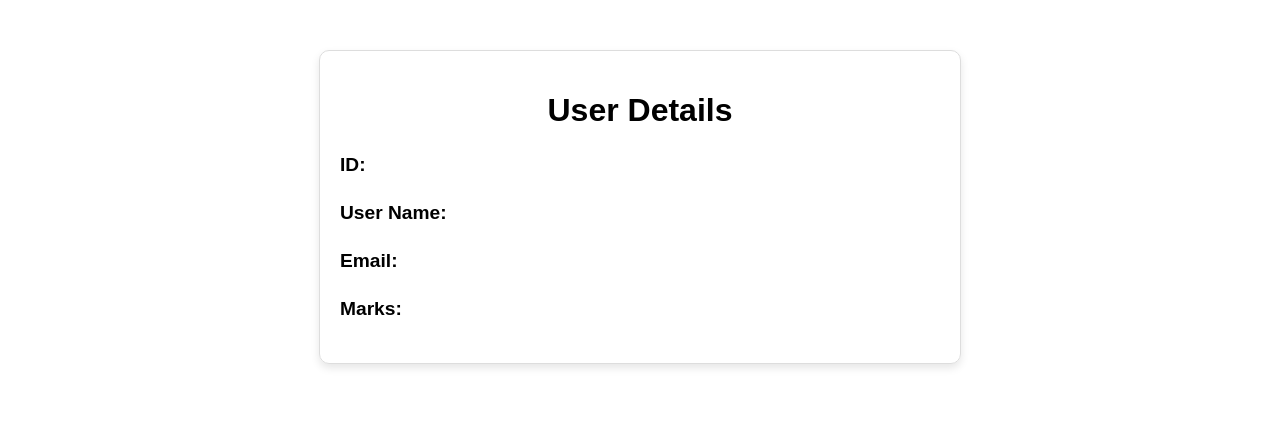
Repository: chetanchavan30/Optifyx
Page: http://localhost/OnlineExaminationSystem/view.jsp
An editor plug-in stored every save of this project. The page is shown before and after the next save, followed by the edit.
The browser window is 1280 px wide. The pictures show the whole page.
The page is served by Tomcat 10.

Above is the page before, as saved 2025-01-25 19:40:00.

After the next save:
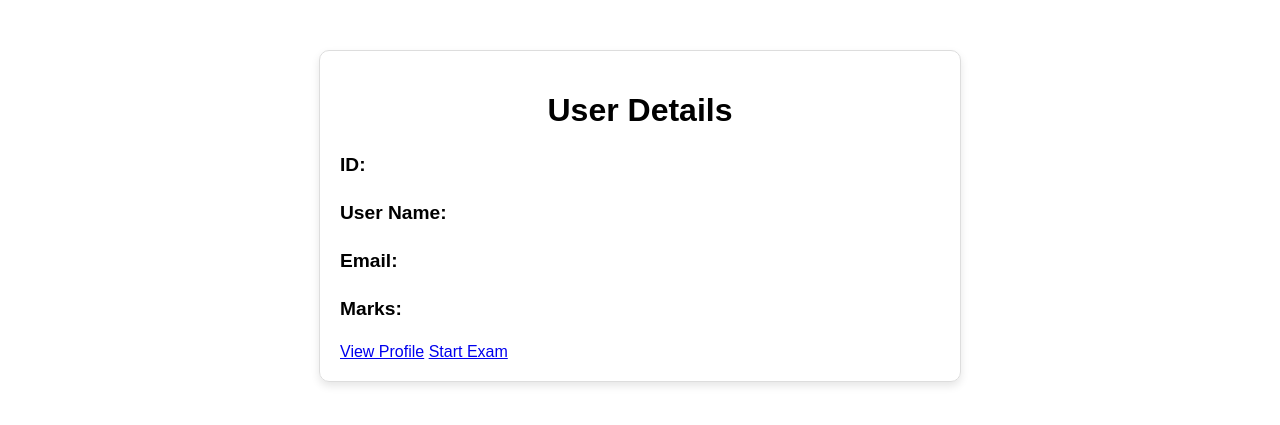
Saved 2 min 23 s later.
--- a/OnlineExaminationSystem/src/main/webapp/view.jsp
+++ b/OnlineExaminationSystem/src/main/webapp/view.jsp
@@ -35,6 +35,8 @@
             <p><strong>Email:</strong> ${user.email}</p>
             <p><strong>Marks:</strong> ${user.marks}</p>
         </div>
+        <a href="view" class="link-button">View Profile</a>
+        <a href="exam.jsp" class="link-button">Start Exam</a>
     </div>
 </body>
 </html>
